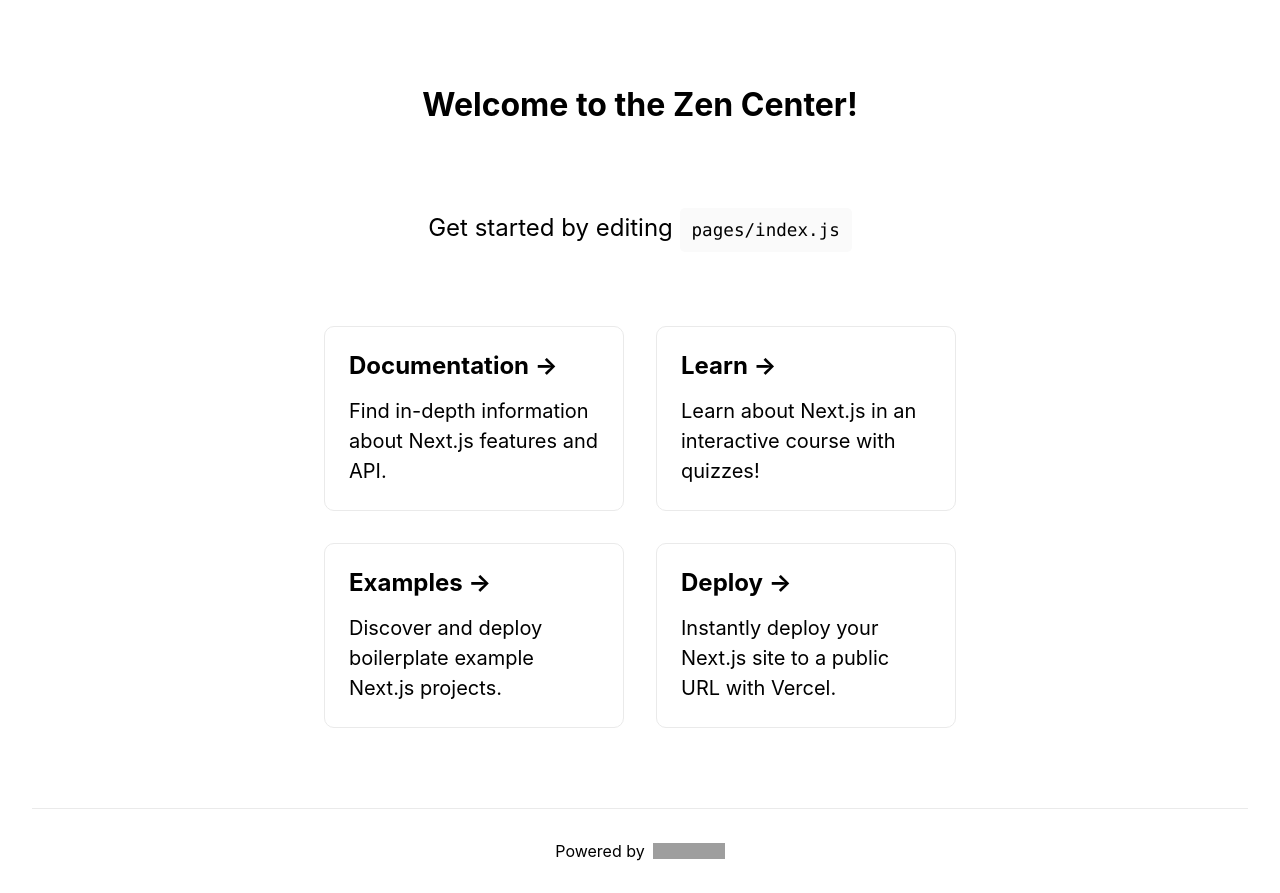
Repository: collegedude9300/zenstationnext
Page: /
An editor plug-in stored every save of this project. The page is shown before and after a run of saves, followed by the edit.
The browser window is 1280 px wide. The pictures show the whole page.
Pictures or frames that could not be fetched are drawn as grey boxes. The project was rebuilt for these pictures with package versions that can differ from the ones it lists, and the page was loaded fresh each time. The framework's server and built-in components were replaced by stand-ins that run in the browser. Also part of the build but not shown: next.config.js.

Above is the page before, as saved 2022-10-06 17:19:52.

After the next 2 saves:
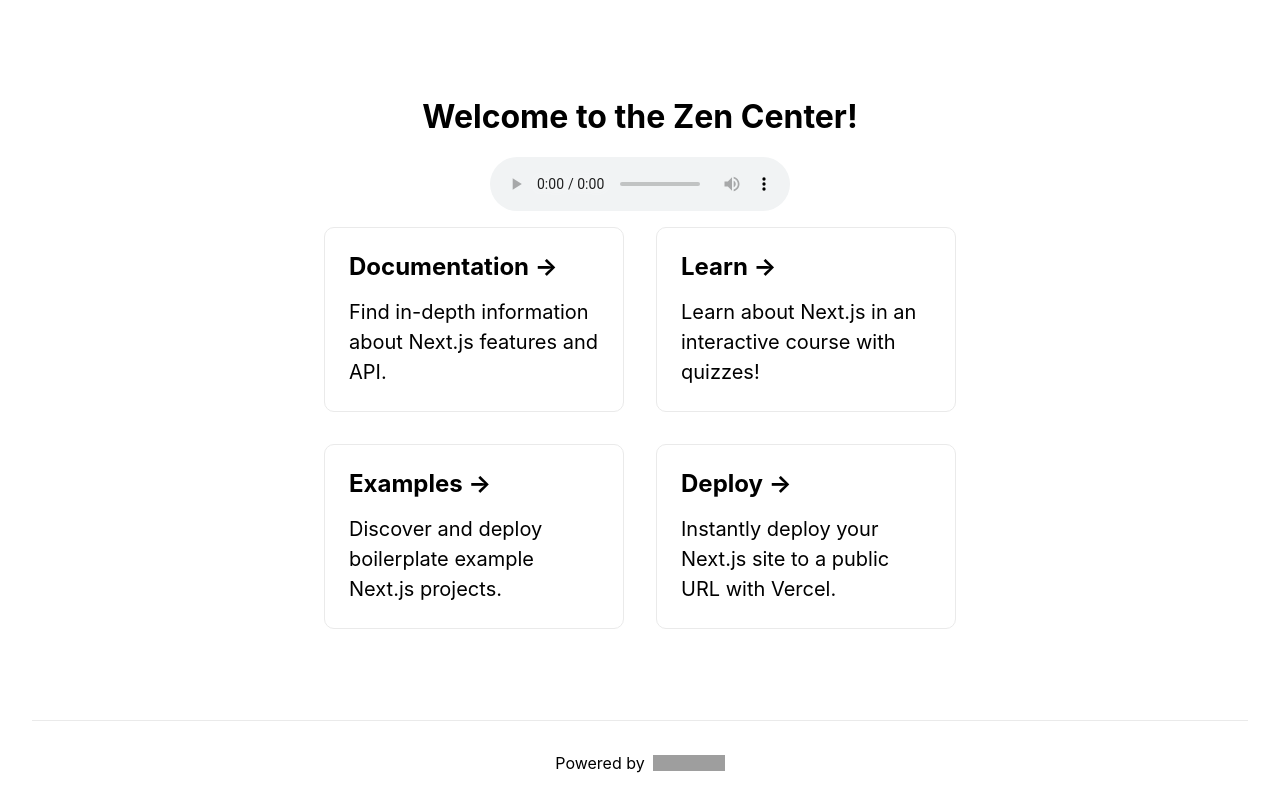
The 2 saves are shown as one change because 1 did not build or start.
The last was saved 98 s later.
--- a/pages/index.js
+++ b/pages/index.js
@@ -13,12 +13,9 @@
 
       <main className={styles.main}>
         <h1> Welcome to the Zen Center!</h1>
-
-        <p className={styles.description}>
-          Get started by editing{' '}
-          <code className={styles.code}>pages/index.js</code>
-        </p>
-
+        <audio controls>
+  <source src="zen.mp3" type="audio/mpeg"/>
+</audio>
         <div className={styles.grid}>
           <a href="https://nextjs.org/docs" className={styles.card}>
             <h2>Documentation &rarr;</h2>
